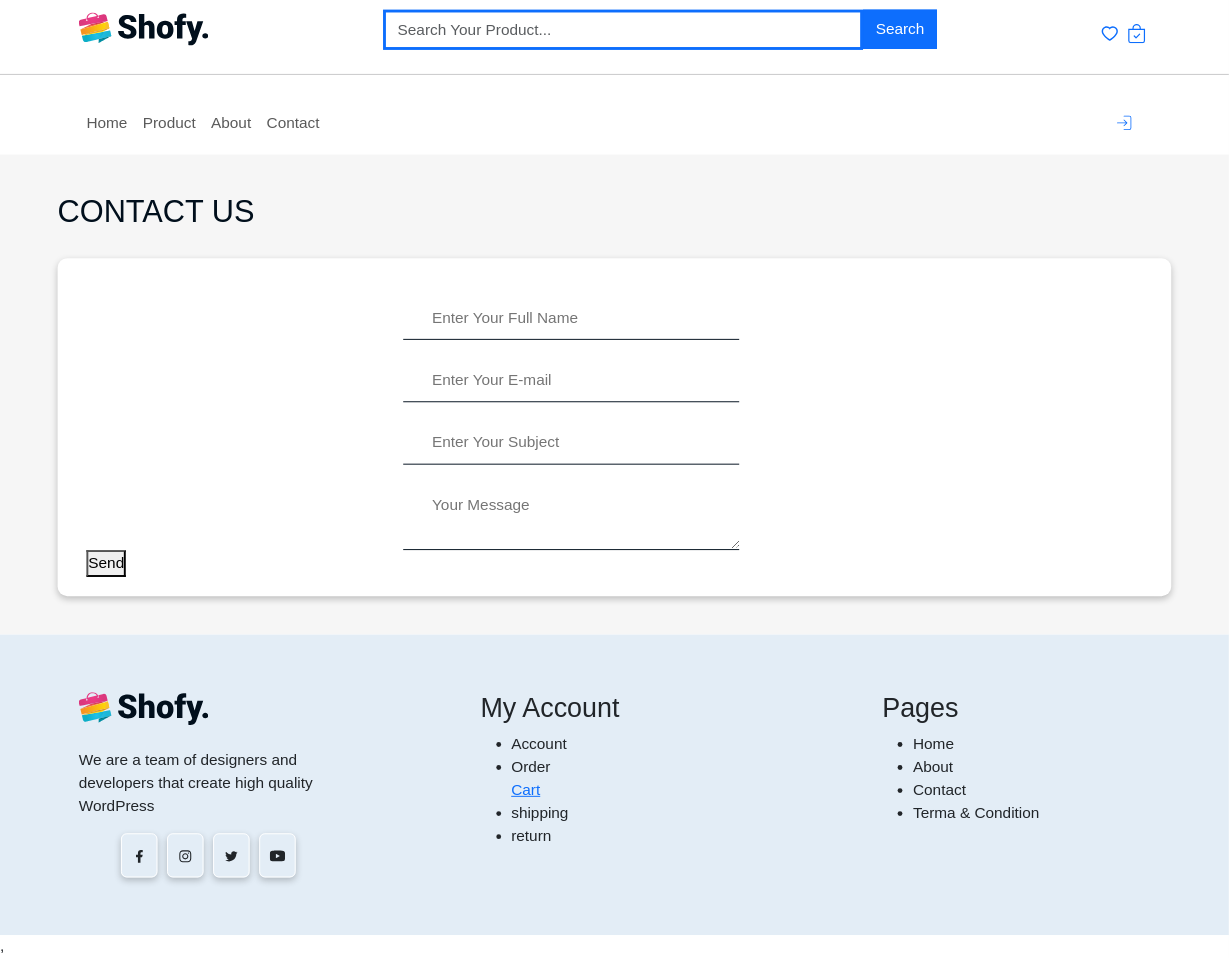
Repository: YomnaWegdan/E-commerce
Page: /contact
An editor plug-in stored every save of this project. The page is shown before and after the next save, followed by the edit.
The browser window is 1280 px wide. The pictures show the whole page, at 96% of full size.
The project was rebuilt for these pictures with package versions that can differ from the ones it lists, and the page was loaded fresh each time. Also part of the build but not shown: src/App.css, src/Pages/Home.css, src/Components/HomeProduct.js, src/Pages/Home.js, src/Pages/Product.js, src/Components/Cart/Cart.css, src/Components/Cart/Cart.js.

Above is the page before, as saved 2023-08-09 00:54:06.

### src/index.js
import React from 'react';
import ReactDOM from 'react-dom/client';
import './index.css';
import App from './App';
import reportWebVitals from './reportWebVitals';
import 'bootstrap/dist/css/bootstrap.min.css';
import { Auth0Provider } from '@auth0/auth0-react';
import { ContextProvider } from './Components/Context';

const root = ReactDOM.createRoot(document.getElementById('root'));
root.render(

  <ContextProvider>
  <Auth0Provider
  domain="dev-aamwpxlsfm3npzz6.us.auth0.com"
  clientId="MkjduxuJruldtmeMMgriskirViaGSRSW"
  authorizationParams={{
    redirect_uri: window.location.origin
  }}
>

  <App />
</Auth0Provider>,</ContextProvider>
);

// If you want to start measuring performance in your app, pass a function
// to log results (for example: reportWebVitals(console.log))
// or send to an analytics endpoint. Learn more: https://bit.ly/CRA-vitals
reportWebVitals();

### src/App.js
import { BrowserRouter , Routes , Route} from 'react-router-dom';
import './App.css';
import Navs from './Components/Navbar/Navs';
import Home from './Pages/Home';
import Footer from './Components/Footer/Footer';
import Product from './Pages/Product';
import Cart from './Components/Cart/Cart';
import Contact from './Pages/Contact';

function App() {
  return (
    <BrowserRouter>
    <Navs/>
    <Routes>
    <Route path='/' element={<Home/>}/>
    <Route path='/product' element={<Product/>}/>
    <Route path='/cart' element={<Cart/>}/>
    <Route path='/contact' element={<Contact/>}/>


    </Routes>
    <Footer/>

    </BrowserRouter>
  );
}

export default App;

### src/Components/Context.js
import {createContext  , useContext, useState} from "react"
import Productdetail from "../Pages/Productdetail";

export const Context = createContext(null);
export const useAppContext = () =>{
    const contextVar = useContext(Context);
    if(contextVar === undefined){
        throw new Error('Context must be within ContextProvider');
    }
    return contextVar;
}

export const ContextProvider = ({children}) =>{

    const [product , setProduct] = useState(Productdetail)
    const filterProduct = (product)=>{
        const update = Productdetail.filter((x)=>{
         return( x.Cat=== product )
        })
        setProduct(update)
      }
        const AllProducts = () =>{
          setProduct(Productdetail)
        }

        const searchBtn = (product) => {
    const change = Productdetail.filter((x) =>
    {
      return x.Cat === product
    })
    setProduct(change)
  }

  //Product_detail
  const [detail , setDetail] = useState([])
  const [close , setClose] = useState(false);

  const View = (product)=>{
    setDetail([{...product}])
    setClose(true)
  }

  //Cart
  const [cart , setCart] = useState([])

  const addToCart = (product)=>{
    const exist = cart.find((x)=>{
      return x.id === product.id
    })
    if(exist)
    {
      alert("This Product is already added to cart")
    }else{
      setCart([...cart, {...product, qty:1}])
      alert('Product is added to cart')
    }

  }
  console.log(cart)

  const increment =(product)=>{
    const exist = cart.find((x)=>{
        return x.id === product.id;
    })
    setCart(cart.map((el)=>{
      return el.id === product.id ? {...exist , qty: exist.qty +1}: el
    }))

}
const decrement =(product)=>{
  const exist = cart.find((x)=>{
    return x.id === product.id;
})
setCart(cart.map((el)=>{
  return el.id === product.id ? {...exist , qty: exist.qty -1}: el
}))
}

//Remove cart product
const removeproduct = (product) =>
{
    const exsit = cart.find((x) =>
    {
        return x.id === product.id
    })
    if(exsit.qty > 0)
    {
        setCart(cart.filter((x) =>
        {
            return x.id !== product.id
        }))
    }
}
const Totalprice = cart.reduce((price, item) => price + item.qty * item.Price, 0)


    return(
        <Context.Provider value={{ product , filterProduct, AllProducts , searchBtn , detail , View , close , setClose , addToCart , cart
          ,increment , decrement , removeproduct , Totalprice
         }}>
        {children}
        </Context.Provider>
    )}

### src/Components/Navbar/Navs.js
import { Fragment, useState } from 'react';
import Container from 'react-bootstrap/Container';
import Nav from 'react-bootstrap/Nav';
import Navbar from 'react-bootstrap/Navbar';
import Form from 'react-bootstrap/Form';
import Button from 'react-bootstrap/Button';
import Row from 'react-bootstrap/Row';
import Col from 'react-bootstrap/Col';
import logo from '../../img/logo.svg'
import { AiOutlineUser } from 'react-icons/ai';
import { CiLogin } from 'react-icons/ci';
import { CiLogout } from 'react-icons/ci';
import { AiOutlineHeart } from 'react-icons/ai';
import { BsBagCheck } from 'react-icons/bs';
import './Navs.css'
import { useAuth0 } from "@auth0/auth0-react";
import { useAppContext } from '../Context';
import { NavLink } from 'react-router-dom';

const Navs = () => {
  const { loginWithRedirect, logout , user, isAuthenticated } = useAuth0();
  const [search , setSearch] = useState()
  const {searchBtn} = useAppContext();


  return (
    <Fragment>
    <Navbar expand="lg" className='justify-content-between' >
      <Container>
        <Navbar.Brand href="/"><img src={logo} alt ='Logo'/></Navbar.Brand>
        <Navbar.Toggle aria-controls="basic-navbar-nav" />
        <Navbar.Collapse id="basic-navbar-nav" >
          <Nav className=" w-100 justify-content-center">
          <Form inline >
          <Row>
            <Col xs="auto">
              <Form.Control
                type="text"
                placeholder="Search Your Product..."
                className=" mr-sm-2  w-auto"
                value={search} onChange={(e)=>setSearch(e.target.value)}
              />

            </Col>
            <Col xs="auto" className=' m-sm-0'>
              <Button type="submit" onClick={()=>searchBtn(search)}  >Search</Button>
            </Col>
          </Row>
        </Form>
        </Nav>
        <Nav className=' justify-content-end'>
        {isAuthenticated &&
        (
        <Nav>
          <Nav.Link href="/" ><AiOutlineUser/></Nav.Link>
          <p className=' my-auto me-3' >Hello, {user.name}</p>
        </Nav>
        )}

        <NavLink to ="/"  className='mt-2 mx-1'><AiOutlineHeart/></NavLink>
        <NavLink to="/cart" className='mt-2 mx-1' ><BsBagCheck/></NavLink>

          </Nav>
        </Navbar.Collapse>
      </Container>
    </Navbar>
    <hr/>
    <Navbar expand="lg" >
    <Container>
      <Navbar.Toggle aria-controls="basic-navbar-nav "  />
      <Navbar.Collapse id="basic-navbar-nav" className=' justify-content-between'>
        <Nav className=" justify-content-start">
          <Nav.Link href="/">Home</Nav.Link>
          <Nav.Link href="/product">Product</Nav.Link>
          <Nav.Link href="/about">About</Nav.Link>
          <Nav.Link href="/contact">Contact</Nav.Link>
        </Nav>
        <Nav className="auth  ">
        {isAuthenticated?
                <Button onClick={() => logout({ logoutParams: { returnTo: window.location.origin } })}><CiLogout/></Button>:
                        <Button onClick={() => loginWithRedirect()}><CiLogin/></Button>
        }
        </Nav>
      </Navbar.Collapse>
    </Container>
  </Navbar></Fragment>
  )
}

export default Navs

### src/Components/Footer/Footer.js
import React from 'react'
import logo from '../../img/logo.svg'
import { AiOutlineInstagram } from 'react-icons/ai';
import { RiFacebookFill } from 'react-icons/ri';
import { AiOutlineTwitter } from 'react-icons/ai';
import { BsYoutube } from 'react-icons/bs';
import './Footer.css'
import { Link } from 'react-router-dom';

const Footer = () => {
  return (
    <div className='footer'>
    <div className='container d-flex justify-content-between '>
    <div className='about col-lg-3'>
    <div className='logo'>
        <img src={logo} alt='logo'></img>
    </div>
    <div className='detail'>
                    <p className=' mt-4'>We are a team of designers and developers that create high quality WordPress</p>
                    <div className='icon'>
                        <li><RiFacebookFill /></li>
                        <li><AiOutlineInstagram /></li>
                        <li><AiOutlineTwitter /></li>
                        <li><BsYoutube /></li>
                    </div>
                </div>
    </div>
    <div className='account col-lg-3'>
                <h3>My Account</h3>
                <ul>
                    <li>Account</li>
                    <li>Order</li>
                    <Link to='/cart'>Cart</Link>
                    <li>shipping</li>
                    <li>return</li>
                </ul>
            </div>
            <div className='page col-lg-3'>
                <h3>Pages</h3>
                <ul>
                    <li>Home</li>
                    <li>About</li>
                    <li>Contact</li>
                    <li>Terma & Condition</li>
                </ul>
            </div>
    </div>

    </div>
  )
}

export default Footer

### src/Pages/Contact.js
import React from 'react'
import './Contact.css'
const Contact = () => {
  return (
    <div>
    <div className='contact_container'>
    <div className='contant'>
    <h2>Contact Us</h2>
    <div className='form'>
    <form method='POST'>
    <input type='text' name='Name' value='' placeholder='Enter Your Full Name' required autoComplete='off'/>
    <input type='email' name='E-mail' value='' placeholder='Enter Your E-mail' required autoComplete='off'/>
    <input type='text' name='Subject' value='' placeholder='Enter Your Subject' required autoComplete='off'/>
    <textarea name='Message' value='' placeholder='Your Message' required autoComplete='off'></textarea>
    <button type='submit'>Send</button>

    </form>
    </div>
    </div>
    </div>



    </div>
  )
}

export default Contact

### src/Pages/Productdetail.js
const Productdetail =
[
    {
        id:1,
        Title:"Galaxy Tab S6 Lite 10.4-inch Android Tablet 128GB.",
        Cat: 'Tablet',
        Price: '723',
        Img: require('../img/tp1.jpg')
    },
    {
        id:2,
        Title:"Tracker with IP67 Waterproof Pedometer Smart watch.",
        Cat: 'Smart Watch',
        Price: '168',
        Img: require('../img/tp2.jpg')
    },
    {
        id:3,
        Title:"Cancelling Headphones Wireless.",
        Cat: 'Headphone',
        Price: '49',
        Img: require('../img/tp3.jpg')
    },
    {
        id:4,
        Title:"Professional Camera 4K Digital Video Camera.",
        Cat: 'Camera',
        Price: '1049',
        Img: require('../img/tp4.jpg')
    },
    {
        id:5,
        Title:"Mini Portable PD 22.5W Fast Charging Powerbank.",
        Cat: 'Powerbank',
        Price: '49',
        Img: require('../img/tp5.jpg')
    },
    {
        id:6,
        Title:"CPU Cooler 2 Heat Pipes 12mm 4 Pin PWM RGB for Intel.",
        Cat: 'Electronics',
        Price: '156',
        Img: require('../img/tp6.png')
    },
    {
        id:7,
        Title:"Playstation 4 2TB Slim Gaming Console.",
        Cat: 'Gaming',
        Price: '2098',
        Img: require('../img/tp7.jpg')
    },
    {
        id:8,
        Title:"Mini Portable Mobile Phone Powerbank for iphone.",
        Cat: 'Electronics',
        Price: '386',
        Img: require('../img/tp8.jpg')
    },
    {
        id:9,
        Title:"Microsoft Surface Pro 8-13' Touchscreen.",
        Cat: 'Tablet',
        Price: '693',
        Img: require('../img/p9.jpg')
    },
    {
        id:10,
        Title:"Playstation 4 2TB Slim Gaming Console.",
        Cat: 'Gaming',
        Price: '5036',
        Img: require('../img/p10.jpg')
    },
    {
        id:11,
        Title:"Echo Show 5 (2nd Gen) Adjustable Stand | Charcoal",
        Cat: 'Electronics',
        Price: '198',
        Img: require('../img/p11.jpg')
    },
    {
        id:12,
        Title:"Echo Dot smart speaker",
        Cat: 'Electronics',
        Price: '793',
        Img: require('../img/p12.jpg')
    },
]
export default Productdetail;

### src/Components/Navbar/Navs.css
.navbar input{
    width: 500px !important;
    border: 3px solid #0D6EFD;
    border-radius: 0px !important;
    outline: none !important;


}
.navbar input:focus{
    outline: none !important;
}
.navbar button{
    margin-left: -24px;
    border-radius: 0px !important;
    height: 41px;
}
@media (max-width:1200px) {
    .navbar button{
        margin-left: 0;
    }
    .navbar input{
        width: 260px !important;
    }
}
.navbar svg{
    color: #0D6EFD;
    width: 20px;
    height: 20px;
}

.navbar a:hover{
    color: #0D6EFD;

}
.navbar p{
    width: max-content;
}
.navbar .auth button{
    background-color: white;
    border: none;
    margin: 5px;
}

### src/Components/Footer/Footer.css
.footer{
    background: #e3edf6;
    padding: 60px;
    text-align: start;
}
.footer .detail .icon{
    list-style: none;
    display: flex;
    justify-content: center;

}
.footer .detail .icon li{
    margin-right: 10px;
    border: 1px solid white;
    box-shadow: rgba(0, 0, 0, 0.24) 0px 3px 8px;
    padding: 10px;
    border-radius: 6px;

}
.footer .detail .icon li:hover{
    background-color: #0989ff;
    color: white;
    border: 1px solid #0989ff;
    transition: 0.5s;


}

.footer .account li:hover , .footer .page li:hover{
    color: #0989ff;
    cursor: pointer;
    transition: 0.5s;


}

### src/Pages/Product.css
*
{
    margin: 0;
    padding: 0;
    font-family: sans-serif;
    box-sizing: border-box;
}
.products
{
    padding: 30px 40px;
    width: 100%;

}
.products h3
{
    font-size: 42px;
    letter-spacing: 1px;
    text-transform: uppercase;
    font-weight: 300;
    color: #010f1c;
    margin-left: 4%;

}
.products p
{
    margin-top: 10px;
    color: #9a9a9a;
    margin-left: 4%;

}
.products .container
{
    margin-top: 30px;
    max-width: 100%;
    display: flex;
    justify-content: space-between;
}
.products .container .filter
{
    padding: 20px 30px;
    display: flex;
    justify-content:flex-start;
    flex-wrap: wrap;
}
.products .container .filter .categories h3
{
    color: #010f1c;
    font-size: 16px;
    text-transform: uppercase;
    font-weight: 600;
}
.products .container .filter .categories ul
{
    margin-top: 10px;
}
.products .container .filter .categories ul li
{
    list-style: none;
    margin-top: 20px;
    color: #010f1c;
    cursor: pointer;
}
.products .container .productbox
{
    margin-right: 0%;
    display: flex;
    justify-content: space-between;
    flex-wrap: wrap;
    width: 80%;

}

.products .container .productbox .contant{
    display: flex;
    justify-content:flex-end;
    flex-wrap: wrap;


}
.products .container .productbox .contant .box
{
    padding: 10px 20px;
    overflow: hidden;
    width: 280px;
    height: 400px;
    border: 1px solid #e2e0e0;
    margin-bottom: 20px;
    transition: 0.5s;
    cursor: pointer;
    border-radius: 5px;
    margin-right: 20px;
}
.products .container .productbox .contant .box:hover
{
    box-shadow: rgba(0, 0, 0, 0.24) 0px 3px 8px;
}
.products .container .productbox .contant .box .img_box
{
    display: flex;
    justify-content: space-between;
    border-bottom: 1px solid #e2e0e0;
}
.products .container .productbox .contant .box .img_box img
{
    width: 300px;
    height: 250px;
    margin-right: 50px;
}
.products .container .productbox .contant .box .img_box .icon
{
    z-index: 1;
    position: relative;
    right: 0;
    display: flex;
    flex-direction: column;
    margin-top: 20px;
    transition: 0.5s;
}
.products .container .productbox .contant .box:hover .img_box .icon
{
    transform: translateX(-130px);
}
.products .container .productbox .contant .box .img_box .icon li
{
    list-style: none;
    padding: 10px 10px;
    color: #010f1c;
    cursor: pointer;
    box-shadow: rgba(0, 0, 0, 0.24) 0px 3px 8px;
    background: #fff;
    transition: 0.5s;
    font-size: 18px;
}
.products .container .productbox .contant .box .img_box .icon li:hover
{
    background: #0989ff;
    color: #fff;
}
.products .container .productbox .contant .box .detail
{
    margin-top: 10px;
}
.products .container .productbox .contant .box .detail h3
{
    font-size: 16px;
    margin-top: 5px;
    color: #010f1c;
    transition: 0.5s;
}
.products .container .productbox .contant .box:hover .detail h3
{
    color: #0989ff;
}
.products .container .productbox .contant .box .detail h4
{
    margin-top: 5px;
    font-size: 14px;
    color: #0989ff;
    letter-spacing: 1px;
}

.product_detail
{
    padding: 30px 40px;
    width: 100%;
    height: 120%;
    position: fixed;
    z-index: 2;
    margin-top: -20%;
    background: rgba(0, 0, 0, 0.24);
}
.product_detail .container
{
    margin-top: 15%;
    width: 1000px;
    height: 550px;
    background: #fff;
    padding: 20px 30px;
    border-radius: 10px;
    box-shadow: rgba(0, 0, 0, 0.24) 0px 3px 8px;
}
.product_detail .container .closebtn
{
    margin-left: 100%;
    border: none;
    outline: none;
    background: none;
    font-size: 22px;
    cursor: pointer;
}
.product_detail .container .productbox
{
    max-width: 100%;
    display: flex;
    padding: 20px 30px;
    margin-top: 20px;
    justify-content: space-between;
    margin-top: 60px;
}
.product_detail .container .productbox .img-box
{
    padding: 20px 30px;
    width: 400px;
    height: 350px;
    background: #f1f1f1;
}
.product_detail .container .productbox .img-box img
{
    width: 250px;
    height: 250px;
}
.product_detail .container .productbox .detail
{
    margin-left: 30px;
    margin-top: 10px;
}
.product_detail .container .productbox .detail h4
{
    text-transform: uppercase;
    font-size: 14px;
    font-weight: 200;
    color: #9a9a9a;
    letter-spacing: 1px;
}
.product_detail .container .productbox .detail h2
{
    margin-top: 20px;
    font-size: 32px;
    color: #010f1c;
    text-transform: capitalize;
    letter-spacing: 1px;
}
.product_detail .container .productbox .detail p
{
    margin-top: 10px;
    color: #4a4a4a;
}
.product_detail .container .productbox .detail h3
{
    margin-top: 10px;
    color: #010f1c;
    font-size: 32px;
    letter-spacing: 1px;
}
.product_detail .container .productbox .detail button
{
    margin-top: 30px;
    padding: 15px 60px;
    font-size: 16px;
    color: #fff;
    background: #010f1c;
    transition: 0.5s;
    border: none;
    outline: none;
    cursor: pointer;
}
.product_detail .container .productbox .detail button:hover
{
    background: #0989ff;
}

### src/Pages/Contact.css
.contact_container{
    padding: 30px 40px;
    width: 100%;
    background: #f6f6f6;
}
.contact_container .contant{
    padding: 10px 20px;
    max-width: 100%;
}
.contact_container .contant h2{
    text-transform: uppercase;
    font-size: 32px;
    color: #010f1c;
    font-weight: 200;
}
.contact_container .contant .form{
    margin-top: 30px;
    padding: 20px 30px;
    background: #fff;
    border-radius: 10px;
    box-shadow: rgba(0, 0, 0, 0.24) 0px 3px 8px;

}
.contact_container .contant .form form input , .contact_container .contant .form form textarea{

    padding: 10px 30px;
    border: none;
    outline: none;
    background: none;
    border-bottom: 1px solid #010f1c;
    width: 350px;
    margin-top: 20px;
    margin-left: 30%;
    display: flex;
    justify-content: center;
    align-items:center;
}
.contact_container .contant .form form textarea{

}

Loaded but not shown: public/index.html (common file); src/index.css (common file); src/reportWebVitals.js (common file)

After the next save:
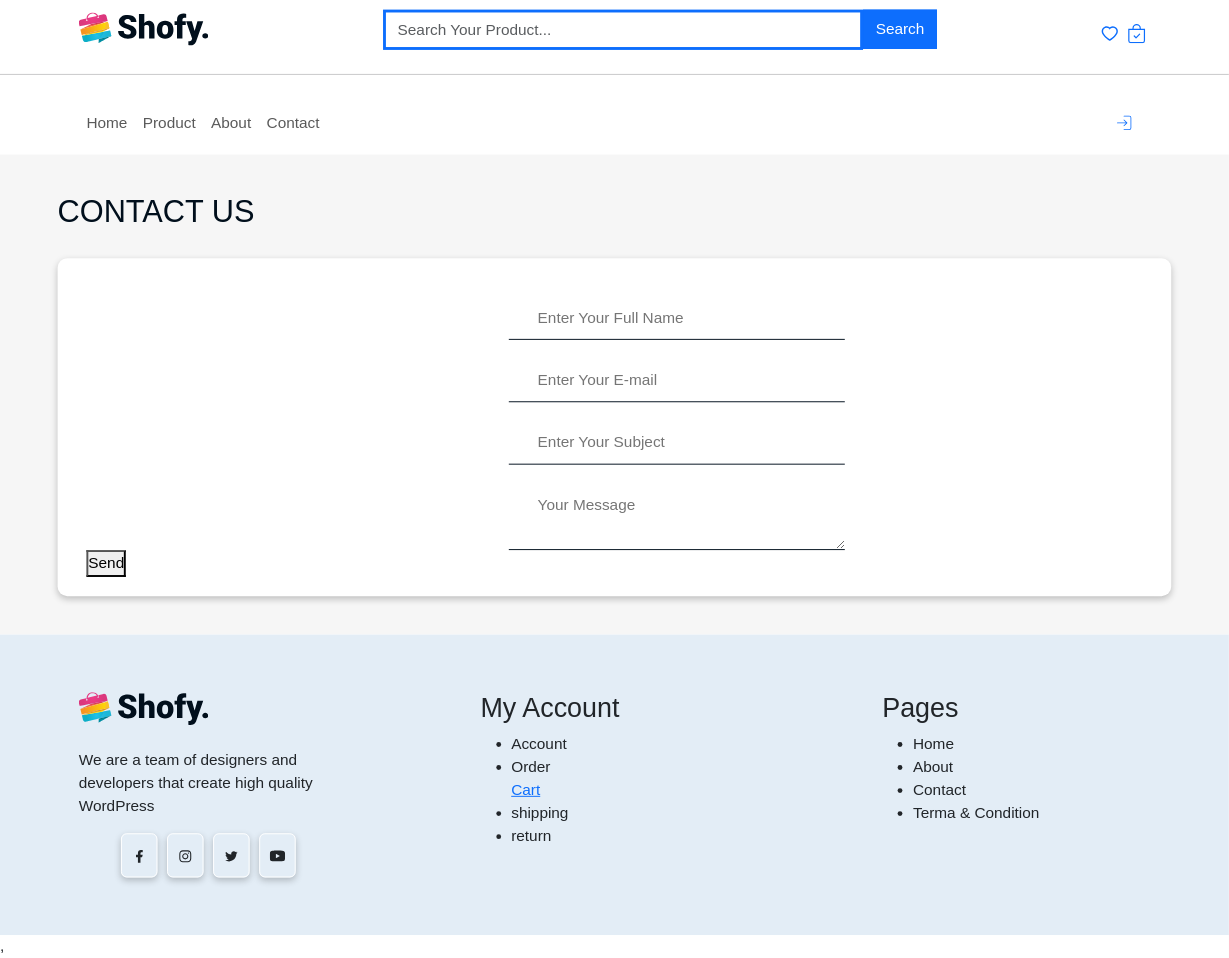
Saved 9 s later.
--- a/src/Pages/Contact.css
+++ b/src/Pages/Contact.css
@@ -30,7 +30,7 @@
     border-bottom: 1px solid #010f1c;
     width: 350px;
     margin-top: 20px;
-    margin-left: 30%;
+    margin-left: 40%;
     display: flex;
     justify-content: center;
     align-items:center;
